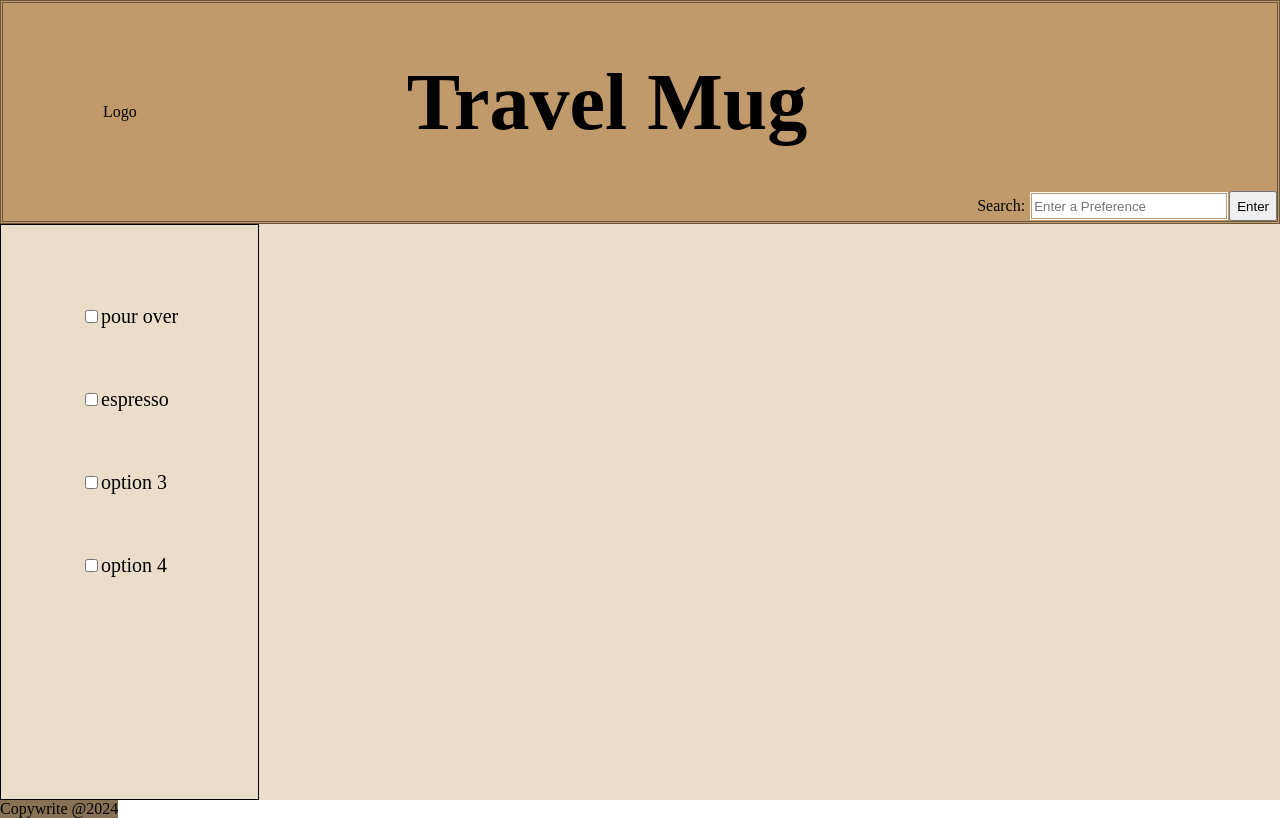
Repository: joshliu14/Travel-Mug
Page: /
The author's editor kept a copy of each file at every save. The page is drawn from the files as they stood at one save, then again after the next save.
The browser window is 1280 px wide. The pictures show the whole page.
The project was rebuilt for these pictures with package versions that can differ from the ones it lists, and the page was loaded fresh each time.

Above is the page before, as saved 2024-01-03 10:56:58.

### public/index.html
<!DOCTYPE html>
<html lang="en">
  <head>
    <meta charset="utf-8" />
    <link rel="icon" href="%PUBLIC_URL%/favicon.ico" />
    <link rel="stylesheet" href="./index.css" />
    <meta name="viewport" content="width=device-width, initial-scale=1" />
    <meta name="theme-color" content="#000000" />
    <meta
      name="description"
      content="Web site created using create-react-app"
    />
    <link rel="apple-touch-icon" href="%PUBLIC_URL%/logo192.png" />
    <!--
      manifest.json provides metadata used when your web app is installed on a
      user's mobile device or desktop. See https://developers.google.com/web/fundamentals/web-app-manifest/
    -->
    <link rel="manifest" href="%PUBLIC_URL%/manifest.json" />
    <!--
      Notice the use of %PUBLIC_URL% in the tags above.
      It will be replaced with the URL of the `public` folder during the build.
      Only files inside the `public` folder can be referenced from the HTML.

      Unlike "/favicon.ico" or "favicon.ico", "%PUBLIC_URL%/favicon.ico" will
      work correctly both with client-side routing and a non-root public URL.
      Learn how to configure a non-root public URL by running `npm run build`.
    -->
    <title>Travel Mug</title>
  </head>
  <body>
    <noscript>You need to enable JavaScript to run this app.</noscript>
    <div id="root"></div>
    <!--
      This HTML file is a template.
      If you open it directly in the browser, you will see an empty page.

      You can add webfonts, meta tags, or analytics to this file.
      The build step will place the bundled scripts into the <body> tag.

      To begin the development, run `npm start` or `yarn start`.
      To create a production bundle, use `npm run build` or `yarn build`.
    -->
  </body>
</html>

### src/index.js
import React from "react";
import ReactDOM from "react-dom";
import App from "./App";

import { BrowserRouter } from "react-router-dom";

ReactDOM.render(
  <BrowserRouter>
    <App />
  </BrowserRouter>,
  document.getElementById("root")
);

### src/App.js
import React from "react";
import Home from "./Home";

import { Switch, Route } from "react-router-dom";

const App = () => {
  return (
    <Switch>
      <Route exact path="/">
        <Home />
      </Route>
    </Switch>
  );
};

export default App;

### src/Home.js
import React from "react";
import "./Home.css";

class Home extends React.Component {
  constructor(props) {
    super(props);
    this.state = {
      filterOptions: [
        { name: "pour over", selected: false },
        { name: "espresso", selected: false },
        { name: "option 3", selected: false },
        { name: "option 4", selected: false },
      ],
    };
  }
  handleFilterChange = (index) => {
    const filterOptions = this.state.filterOptions.slice();
    filterOptions.splice(index, 1, {
      name: filterOptions[index].name,
      selected: !filterOptions[index].selected,
    });
    this.setState({ filterOptions });
  };

  render() {
    const filterOptions = this.state.filterOptions.map((option, index) => {
      return (
        <div className="filter" key={index}>
          <label>
            <input
              type="checkbox"
              value={option.name}
              checked={option.selected}
              onChange={() => this.handleFilterChange(index)}
            />
            {option.name}
          </label>
        </div>
      );
    });
    return (
      <div>
        <div className="top">
          <div className="logo">Logo</div>
          <div className="title">
            <h1>Travel Mug</h1>
          </div>
          <div className="search-container">
            Search:{" "}
            <input className="search-bar" placeholder="Enter a Preference" />
            <button>Enter</button>
          </div>
        </div>
        <div className="bottom">
          <div className="filter-container">{filterOptions}</div>
        </div>
        <footer>Copywrite @2024</footer>
      </div>
    );
  }
}

export default Home;

### src/Home.css
.top {
  background-color: #c19a6b;
  display: flex;
  justify-content: space-between;
  min-width: fit-content;
  min-height: 20vh;
  border-width: 3px;
  border-color: #6d573d;
  border-style: double;
}

.logo {
  padding: 100px;
}

.title {
  text-align: center;
  font-size: 40px;
}

.nav {
  align-self: last baseline;
  display: flex;
  justify-content: center;
}
.nav a {
  font-size: large;
  padding: 10px 20px;
  color: black;
  display: block;
  text-decoration: none;
}

.nav a:hover {
  color: aliceblue;
  background-color: #6d573d;
}
.bottom {
  background-color: #eaddca;
  display: flex;
  min-width: fit-content;
  min-height: 80vh;
}

.search-container {
  align-self: flex-end;
}

.search-container button {
  height: 30px;
}
.search-bar {
  width: 200px;
  height: 30px;
  box-sizing: border-box;
  border-width: 3px;
  border-color: #c19a6b;
  border-style: double;
}

.filter-container {
  margin-left: 0px;
  margin-right: 0px;
  padding: 40px;
  border: 1px solid black;
}

.filter {
  display: block;
  justify-content: center;
  padding: 20px;
  font-size: 20px;
  margin: 20px;
}

footer {
  background-color: #887054;
  justify-self: left;
}

### public/index.css
html,
body {
  margin: 0px;
  padding: 0px;
}

After the next save:
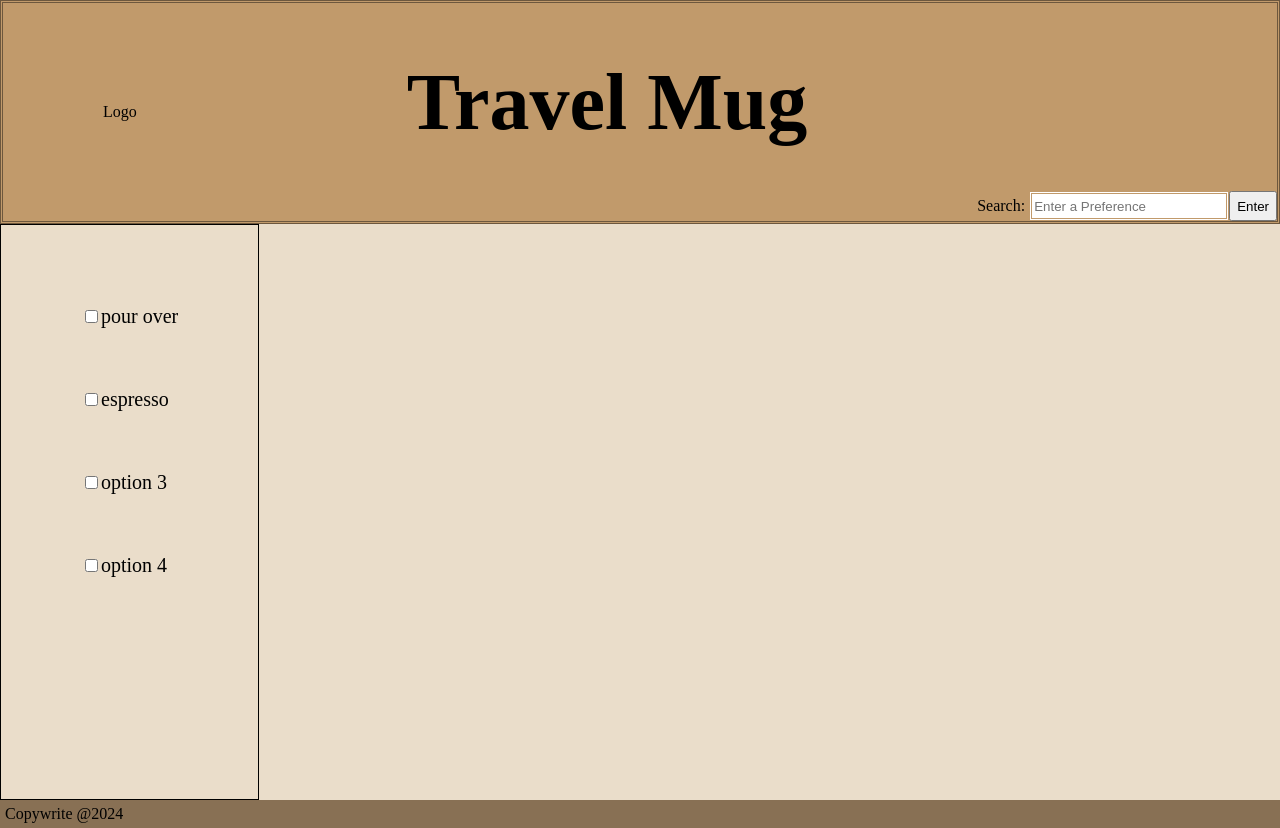
Saved 12 s later.
--- a/src/Home.css
+++ b/src/Home.css
@@ -75,5 +75,5 @@
 
 footer {
   background-color: #887054;
-  justify-self: left;
+  padding: 5px;
 }
